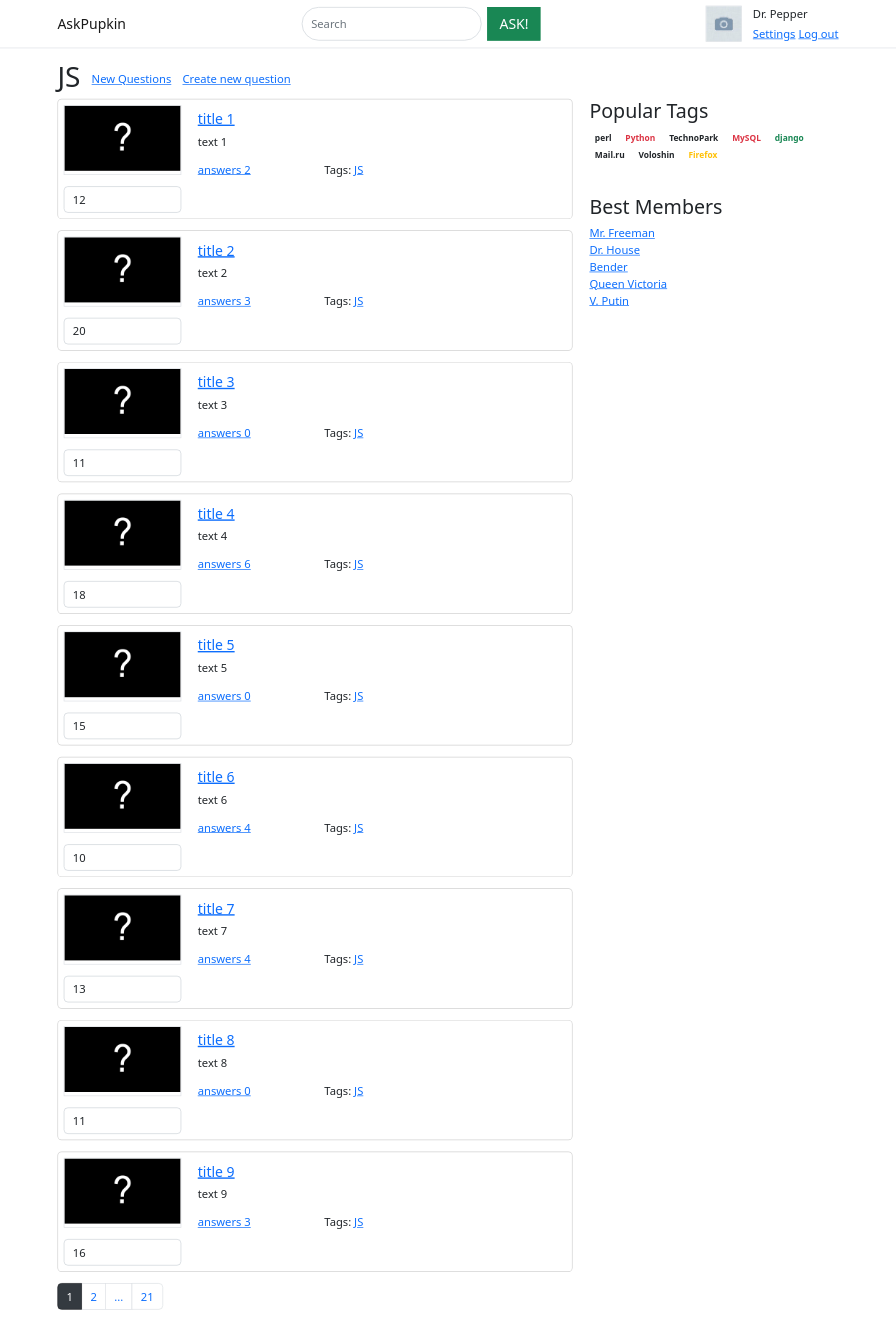
Repository: MiniDan21/askme_molchanov_django
Page: http://localhost/tag/JS
The author's editor kept a copy of each file at every save. The page is drawn from the files as they stood at one save, then again after the next save.
The browser window is 1280 px wide. The pictures show the whole page, at 70% of full size.
The page is served by the project's application, run on Django 5.2 (manage.py). Other server files are loaded and not shown.

Above is the page before, as saved 2024-04-09 19:02:01.

### templates/tag.html
{% extends 'layouts/base.html' %}

{% block main %}
    <div class="d-flex gap-3 align-items-center">
        <h1>{{tag}}</h1>
        <a href="/">New Questions</a>
        <a href="/ask">Create new question</a>
    </div>
    {% include 'layouts/question_list.html' %}
    {% include 'layouts/pagination.html' %}
    {% include 'layouts/popular.html' %}
{% endblock %}

### templates/layouts/base.html
{% load static %}
<!doctype html>
<html lang="en">
  <head>
    <meta charset="utf-8"/>
    <meta
      name="viewport"
      content="width=device-width, initial-scale=1"
    />
    <title>{% block title %} ask-pipkin.com {% endblock %}</title>
    <link
      rel="stylesheet"
      type="text/css"
      href="{% static 'css/bootstrap.css' %}"
    />
    <link
      rel="stylesheet"
      type="text/css"
      href="{% static 'css/custom.css' %}"
    />
  </head>
  <body>
    <nav class="navbar bg-body-tertiary border-bottom">
      {% block navbar %}
      <div class="container-sm-fluid container-lg">
        <a class="navbar-brand" href="/">AskPupkin</a>
        <form
          class="d-flex"
          role="search"
        >
          <input
            class="form-control me-2 rounded-pill"
            type="search"
            placeholder="Search"
            aria-label="Search"
          />
          <button
            class="btn btn-success btn-lg rounded-0"
            type="submit"
          >ASK!</button>
        </form>
        <div class="d-flex justify-content-between gap-3">
          {% include 'layouts/loged_in.html' %}
        </div>
      </div>
    {% endblock %}
    </nav>
    <main class="container-fluid container-lg mt-3">
      {% block main %}
        block main
      {% endblock %}
    </main>
    <!-- <footer class="fixed-bottom p-3 bg-light">
      {% block footer %}
      <div class="container">
        <span class="text-muted">Place sticky footer content here.</span>
      </div>
      {% endblock %}
    </footer> -->
    <script src="../static/js/bootstrap.bundle.min.js"></script>
  </body>
</html>

### templates/layouts/loged_in.html
{% if authed %}
<div class="border">
  <img
    src="../static/img/alter_avatar.jpg"
    alt="Avatar"
    width="50"
    height="50"
  />
</div>
<div class="d-flex flex-column justify-content-between">
  <div>{{user.nickmame|default:"Dr. Pepper"}}</div>
  <div>
    <a href="{% url 'settings' %}">Settings</a>
    <a href="{% url 'logout' %}">Log out</a>
  </div>
</div>
{% else %}
<div class="d-flex flex-column justify-content-between">
  <div>
    <a href="{% url 'login' %}">log in</a>
    <a href="{% url 'signup' %}">sign up</a>
  </div>
</div>
{% endif %}

### templates/layouts/question_list.html
<div class="row">
    <div class="col-8">
      {% for question in questions %}
      <article class="card mb-3 w-100">
        <div class="row g-0">
          <div class="col-3 p-2">
            <div
              class="border w-100 mb-3 overflow-hidden"
              style="height: 100px"
            >
              <img
                src="{{ question.avatar }}"
                class="img-fluid"
                alt="..."
              />
            </div>
            <div class="input-group flex-nowrap">
              <input
                type="number"
                value="{{ question.likes }}"
                class="form-control"
              />
            </div>
          </div>
          <div class="col">
            <div class="card-body">
              <h5 class="card-title">
                <a href="{% url "question" question.id %}">{{ question.title }}</a>
              </h5>
              <p class="card-text">
                {{ question.text }}
              </p>
              <div class="row">
                <a
                  class="col-4"
                  href="{% url "question" question.id %}"
                >{{ question.answers }}</a>
                <div class="col-8">
                  <span>Tags:</span>
                  {% for tag in question.tags %}
                    <a href="{% url "tag" tag.name %}">{{ tag.name }}</a>
                  {% endfor %}
                </div>
              </div>
            </div>
          </div>
        </div>
      </article>
      {% endfor %}

### templates/layouts/pagination.html
<nav aria-label="Page navigation example">
    <ul class="pagination">
      <li
        class="page-item active"
        aria-current="page"
      >
        <span class="page-link">1</span>
      </li>
      <li class="page-item">
        <a
          class="page-link"
          href="#"
        >2</a>
      </li>
      <li class="page-item">
        <a
          class="page-link"
          href="#"
        >...</a>
      </li>
      <li class="page-item">
        <a
          class="page-link"
          href="#"
        >21</a>
      </li>
    </ul>
  </nav>
</div>

### templates/layouts/popular.html
<div class="col-4">
    <h3>Popular Tags</h3>
    <div class="row">
      <div class="col">
        <a href="{% url 'tag' 'perl'%}"><span class="badge text-dark">perl</span></a>
        <a href="{% url 'tag' 'Python'%}"><span class="badge text-danger">Python</span></a>
        <a href="{% url 'tag' 'TechnoPark'%}"><span class="badge text-dark">TechnoPark</span></a>
        <a href="{% url 'tag' 'MySQL'%}"><span class="badge text-danger">MySQL</span></a>
        <a href="{% url 'tag' 'django'%}"><span class="badge text-success">django</span></a>
        <a href="{% url 'tag' 'Mail.ru'%}"><span class="badge text-dark">Mail.ru</span></a>
        <a href="{% url 'tag' 'Voloshin'%}"><span class="badge text-dark">Voloshin</span></a>
        <a href="{% url 'tag' 'Firefox'%}"><span class="badge text-warning">Firefox</span></a>
      </div>
    </div>
    <h3 class="mt-5">Best Members</h3>
    <div>
      <a
        href="/member.html"
        class="d-block"
      >
        Mr. Freeman
      </a>
      <a
        href="/member.html"
        class="d-block"
      >
        Dr. House
      </a>
      <a
        href="/member.html"
        class="d-block"
      >
        Bender
      </a>
      <a
        href="/member.html"
        class="d-block"
      >
        Queen Victoria
      </a>
      <a
        href="/member.html"
        class="d-block"
      >V. Putin</a>
    </div>
  </div>
</div>

### app/views.py
from random import randint, sample

from django.http import HttpRequest
from django.shortcuts import get_object_or_404, render, redirect


authed = True
def index(request: HttpRequest):
    questions = []
    TAGS = ['IT', 'JS', 'C++', 'Python', 'Django', 'Golang']
    for i in range(1,30):
        tags = [{'name': tag} for tag in sample(TAGS, randint(1, 3))]
        questions.append({
            'title': f'title {i}',
            'id': i,
            'text': f'text {i}',
            'answers': f'answers {randint(0, 6)}',
            'tags': tags,
            'likes': randint(-10, 10),
            'avatar': '../static/img/alter_question_avatar.jpg',
        })

    return render(request, "index.html", {"questions": questions, "authed": authed})

def question(request, id):
    return render(request, "question.html", {"authed": authed})

def tag(request, tag_name):
    questions = []
    for i in range(1,10):
        questions.append({
            'title': f'title {i}',
            'id': i,
            'text': f'text {i}',
            'answers': f'answers {randint(0, 6)}',
            'tags': [{'name': tag_name}],
            'likes': randint(10, 20),
            'avatar': '../static/img/alter_question_avatar.jpg',
        })
    return render(request, "tag.html", {'questions': questions, 'tag': tag_name, "authed": authed})

def hot(request):
    questions = []
    TAGS = ['IT', 'JS', 'C++', 'Python', 'Django', 'Golang']
    for i in range(1,30):
        tags = [{'name': tag} for tag in sample(TAGS, randint(1, 3))]
        questions.append({
            'title': f'title {i}',
            'id': i,
            'text': f'text {i}',
            'answers': f'answers {randint(0, 6)}',
            'tags': tags,
            'likes': randint(10, 20),
            'avatar': '../static/img/alter_question_avatar.jpg',
        })

    return render(request, "hot.html", {"authed": authed, "questions": sorted(questions, key=lambda x: x['likes'])[::-1]})


def signup(request):
    return render(request, "signup.html")

def login(request: HttpRequest):
    global authed
    authed = True

    return render(request, "login.html")

def ask(request):
    return render(request, "ask.html", {"authed": authed})

def logout(request: HttpRequest):
    global authed
    authed = False
    return redirect('index', permanent=False)

def settings(request):
    return render(request, "settings.html", {"authed": authed})

### askme_molchanov_django/urls.py
"""
URL configuration for askme_molchanov_django project.

The `urlpatterns` list routes URLs to views. For more information please see:
    https://docs.djangoproject.com/en/5.0/topics/http/urls/
Examples:
Function views
    1. Add an import:  from my_app import views
    2. Add a URL to urlpatterns:  path('', views.home, name='home')
Class-based views
    1. Add an import:  from other_app.views import Home
    2. Add a URL to urlpatterns:  path('', Home.as_view(), name='home')
Including another URLconf
    1. Import the include() function: from django.urls import include, path
    2. Add a URL to urlpatterns:  path('blog/', include('blog.urls'))
"""
from django.contrib import admin
from django.urls import path, include

urlpatterns = [
    path("", include("app.urls")),
    path('admin/', admin.site.urls),
]

### app/urls.py
from django.urls import path

from . import views

urlpatterns = [
    path("", views.index, name="index"),
    path("question/<int:id>", views.question, name="question"),
    path("tag/<str:tag_name>", views.tag, name="tag"),
    path("hot", views.hot, name="hot"),
    path("ask", views.ask, name="ask"),
    path("login", views.login, name="login"),
    path("signup", views.signup, name="signup"),
    path("logout", views.logout, name="logout"),
    path("settings", views.settings, name="settings"),
    # # ex: /polls/5/
    # path("<int:question_id>/", views.detail, name="detail"),
    # # ex: /polls/5/results/
    # path("<int:question_id>/results/", views.results, name="results"),
    # # ex: /polls/5/vote/
    # path("<int:question_id>/vote/", views.vote, name="vote"),
]

### static/css/custom.css
textarea{
    resize: none;
}

.pagination {
    --bs-pagination-padding-x: 0.75rem;
    --bs-pagination-padding-y: 0.375rem;
    --bs-pagination-font-size: 1rem;
    --bs-pagination-color: var(--bs-link-color);
    --bs-pagination-bg: #fff;
    --bs-pagination-border-width: 1px;
    --bs-pagination-border-color: #dee2e6;
    --bs-pagination-border-radius: 0.375rem;
    --bs-pagination-hover-color: var(--bs-link-hover-color);
    --bs-pagination-hover-bg: #e9ecef;
    --bs-pagination-hover-border-color: #dee2e6;
    --bs-pagination-focus-color: var(--bs-link-hover-color);
    --bs-pagination-focus-bg: #e9ecef;
    --bs-pagination-focus-box-shadow: 0 0 0 0.25rem rgba(108, 117, 125, 0.25);
    --bs-pagination-active-color: #fff;
    --bs-pagination-active-bg: var(--bs-gray-dark);
    --bs-pagination-active-border-color: var(--bs-gray-900);
    --bs-pagination-disabled-color: #6c757d;
    --bs-pagination-disabled-bg: #fff;
    --bs-pagination-disabled-border-color: #dee2e6;
    display: flex;
    padding-left: 0;
    list-style: none;
  }

Loaded but not shown: static/css/bootstrap.css (library); static/js/bootstrap.bundle.min.js (library)

After the next save:
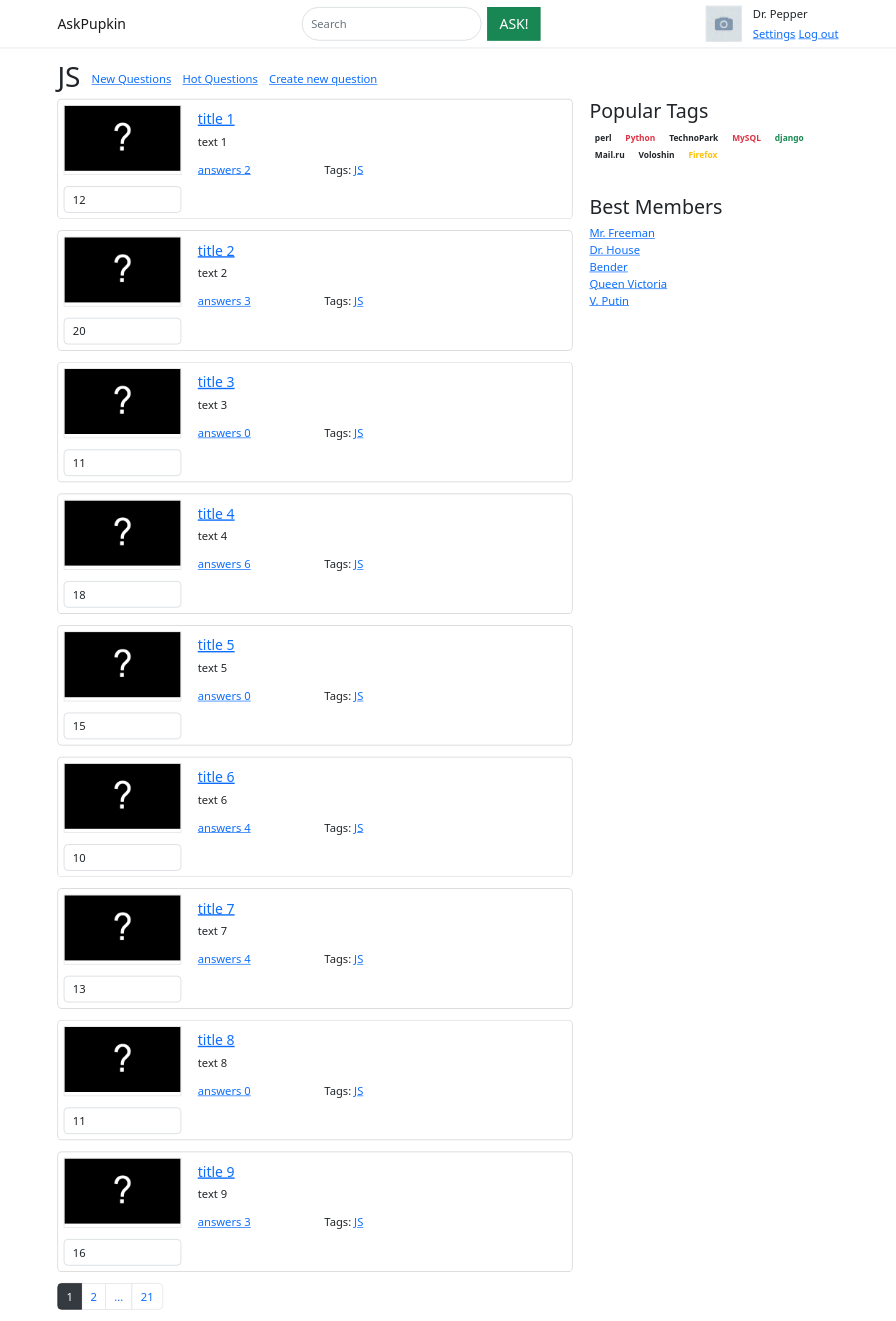
Saved 16 s later.
--- a/templates/tag.html
+++ b/templates/tag.html
@@ -4,6 +4,7 @@
     <div class="d-flex gap-3 align-items-center">
         <h1>{{tag}}</h1>
         <a href="/">New Questions</a>
+        <a href="/hot">Hot Questions</a>
         <a href="/ask">Create new question</a>
     </div>
     {% include 'layouts/question_list.html' %}
